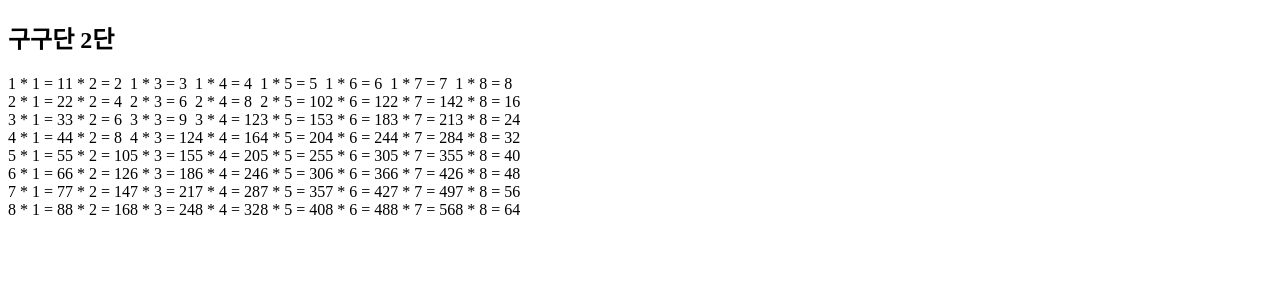
Repository: poiup/jsp_practice
Page: http://localhost/20210128/jspTag/Scriptlet.jsp
An editor plug-in stored every save of this project. The page is shown before and after the next save, followed by the edit.
The browser window is 1280 px wide. The pictures show the whole page.
The page is served by Tomcat 9.

Above is the page before, as saved 2022-01-28 02:49:38.

### 20210128/src/main/webapp/jspTag/Scriptlet.jsp
<%@ page language="java" contentType="text/html; charset=UTF-8"
    pageEncoding="UTF-8"%>
<!DOCTYPE html>
<html>
<head>
<meta charset="UTF-8">
<title>Insert title here</title>
</head>
<body>
	<!-- 하단에 구구닫ㄴ 코드를 작성해주세요
	System.out.println() 이 괄호내 구문에 콘솔이 찍히게 해줫다면
	out.println()은 html화면에 괄호 내 구문을 콘솔에 찍히게 해줍니다.
	(javascript의 document.write()와 같은역활 -->
	<h2>구구단 2단</h2>
	<% for(int i = 1; i< 9; i++){
	%><div style = "float : left" style = "margin-left : 10px"><%
		for(int j = 1; j< 9; j++){
		out.println(j + " * " + i + " = " + j*i);
	%></br><%
		}
	%></div><%
	}%>
</body>
</html>

After the next save:
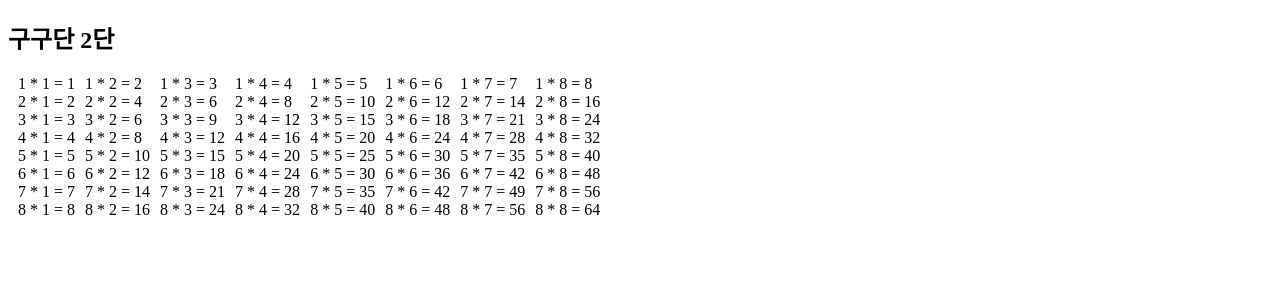
Saved 46 s later.
--- a/20210128/src/main/webapp/jspTag/Scriptlet.jsp
+++ b/20210128/src/main/webapp/jspTag/Scriptlet.jsp
@@ -13,7 +13,7 @@
 	(javascript의 document.write()와 같은역활 -->
 	<h2>구구단 2단</h2>
 	<% for(int i = 1; i< 9; i++){
-	%><div style = "float : left" style = "margin-left : 10px"><%
+	%><div style = "float : left; margin-left : 10px"><%
 		for(int j = 1; j< 9; j++){
 		out.println(j + " * " + i + " = " + j*i);
 	%></br><%
